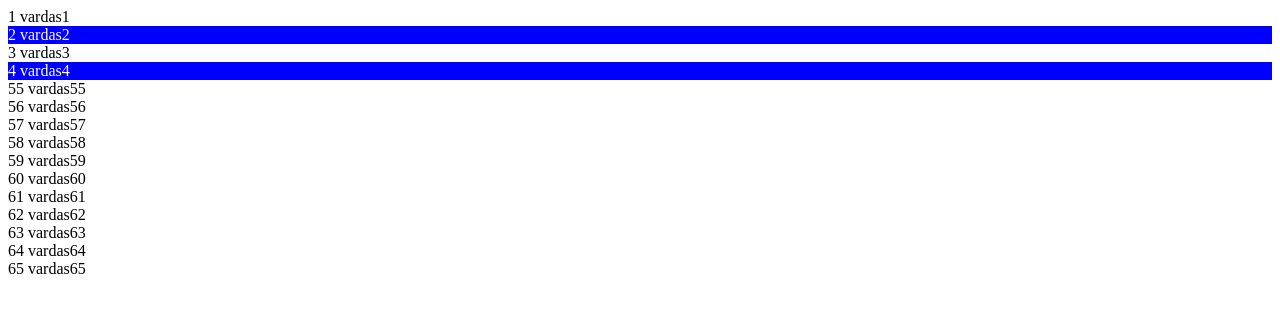
Repository: motiejus1/27-paskaita-05.31
Page: index.html
The author's editor kept a copy of each file at every save. The page is drawn from the files as they stood at one save, then again after a run of saves.
The browser window is 1280 px wide. The pictures show the whole page.

Above is the page before, as saved 2021-07-15 19:41:56.

After the next 3 saves:
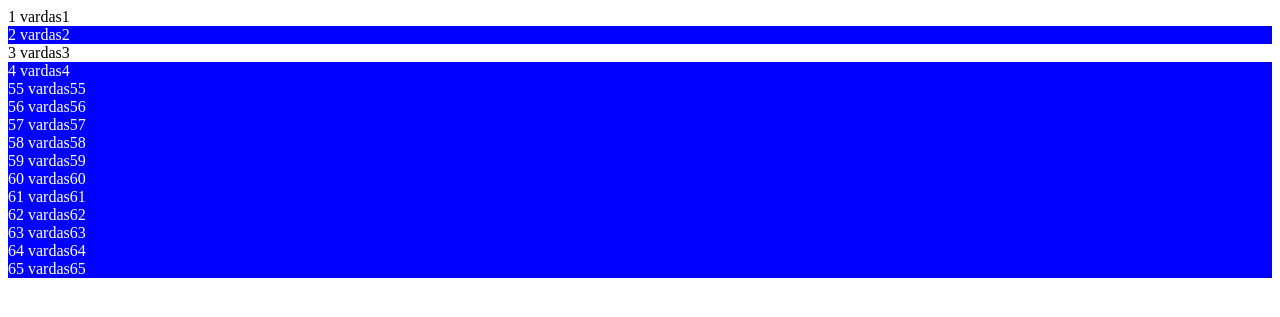
The 3 saves are shown as one change because they came seconds apart.
The last was saved 9 s later.
--- a/index.html
+++ b/index.html
@@ -83,7 +83,7 @@
             //<p>Tekstas</p>
 
             div.innerHTML = masyvas[i].id + " " + masyvas[i].vardas;
-            div.classList.add =
+            div.classList.add("melynas");
             container.append(div);
 
             if(masyvas[i].id % 2 == 0) {

After the save that followed:
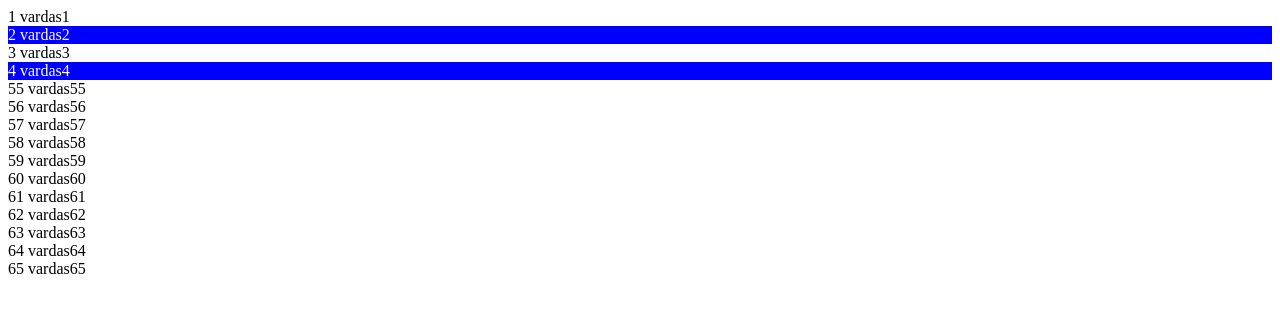
Saved 69 s later.
--- a/index.html
+++ b/index.html
@@ -83,7 +83,6 @@
             //<p>Tekstas</p>
 
             div.innerHTML = masyvas[i].id + " " + masyvas[i].vardas;
-            div.classList.add("melynas");
             container.append(div);
 
             if(masyvas[i].id % 2 == 0) {
